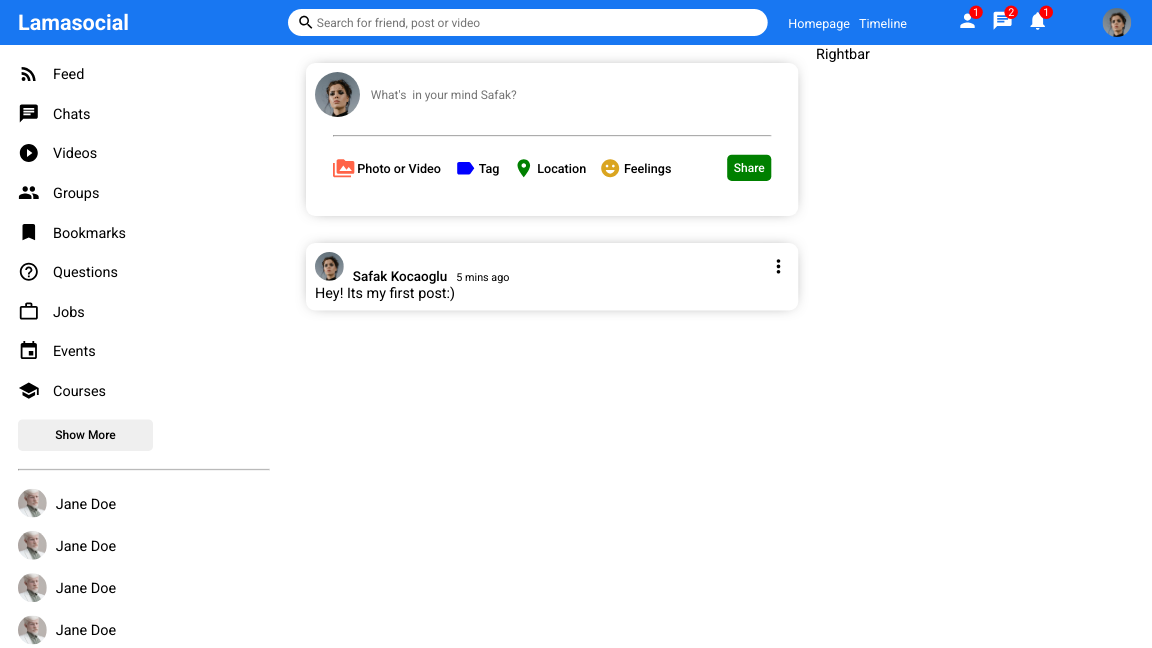
Repository: nazlinres01/react-social
Page: / (app in client/)
An editor plug-in stored every save of this project. The page is shown before and after the next save, followed by the edit.
The browser window is 1280 px wide. The pictures show the whole page, at 90% of full size.
The project was rebuilt for these pictures with package versions that can differ from the ones it lists, and the page was loaded fresh each time.

Above is the page before, as saved 2024-06-13 11:27:05.

### client/public/index.html
<!DOCTYPE html>
<html lang="en">

<head>
  <meta charset="utf-8" />
  <meta name="viewport" content="width=device-width, initial-scale=1" />
  <meta name="description" content="Web site created using create-react-app" />
  <link
    href="https://fonts.googleapis.com/css2?family=Roboto:ital,wght@0,100;0,300;0,400;0,500;0,700;0,900;1,100;1,300;1,400;1,500;1,700;1,900&display=swap"
    rel="stylesheet">
    <link rel="stylesheet" href="style.css">
  <title>Social App</title>
</head>

<body>
  <noscript>You need to enable JavaScript to run this app.</noscript>
  <div id="root"></div>
</body>

</html>

### client/src/App.js
import Home from "./pages/home/Home";

function App() {
  return <Home />
}

export default App;

### client/src/pages/home/Home.jsx
import Feed from "../../components/feed/Feed";
import Rightbar from "../../components/rightbar/Rightbar";
import Sidebar from "../../components/sidebar/Sidebar";
import Topbar from "../../components/topbar/Topbar";
import "./home.css"

export default function Home() {
    return (
        <>
            <Topbar />
            <div className="homeContainer">
                <Sidebar />
                <Feed />
                <Rightbar />

            </div>

        </>
    );
}

### client/src/components/feed/Feed.jsx
import Post from "../post/Post"
import Share from "../share/Share"
import "./feed.css"

export default function Feed() {
    return (
        <div className="feed">
            <div className="feedWrapper">
                <Share />
                <Post />

            </div>
        </div>
    )
}

### client/src/components/rightbar/Rightbar.jsx
import "./rightbar.css"

export default function Rightbar() {
    return (
        <div className="rightbar">
            Rightbar</div>
    )
}

### client/src/components/sidebar/Sidebar.jsx
import "./sidebar.css"
import { Bookmark, Chat, Event, Group, HelpOutline, PlayCircleFilledOutlined, RssFeed, School, WorkOutline } from "@material-ui/icons"

export default function Sidebar() {
    return (
        <div className="sidebar">
            <div className="sidebarWrapper">
                <ul className="sidebarList">
                    <li className="sidebarListItem">
                        <RssFeed className="sidebarIcon" />
                        <span className="sidebarListItemText">Feed</span>
                    </li>
                    <li className="sidebarListItem">
                        <Chat className="sidebarIcon" />
                        <span className="sidebarListItemText">Chats</span>
                    </li>
                    <li className="sidebarListItem">
                        <PlayCircleFilledOutlined className="sidebarIcon" />
                        <span className="sidebarListItemText">Videos</span>
                    </li>
                    <li className="sidebarListItem">
                        <Group className="sidebarIcon" />
                        <span className="sidebarListItemText">Groups</span>
                    </li>
                    <li className="sidebarListItem">
                        <Bookmark className="sidebarIcon" />
                        <span className="sidebarListItemText">Bookmarks</span>
                    </li>
                    <li className="sidebarListItem">
                        <HelpOutline className="sidebarIcon" />
                        <span className="sidebarListItemText">Questions</span>
                    </li>
                    <li className="sidebarListItem">
                        <WorkOutline className="sidebarIcon" />
                        <span className="sidebarListItemText">Jobs</span>
                    </li>
                    <li className="sidebarListItem">
                        <Event className="sidebarIcon" />
                        <span className="sidebarListItemText">Events</span>
                    </li>
                    <li className="sidebarListItem">
                        <School className="sidebarIcon" />
                        <span className="sidebarListItemText">Courses</span>
                    </li>
                </ul>
                <button className="sidebarButton">Show More</button>
                <hr className="sidebarHr" />
                <ul className="sidebarFriendList">
                    <li className="sidebarFriend">
                        <img className="sidebarFriendImg" src="/assets/person/2.jpeg" alt="" />
                        <span className="sidebarFriendName">Jane Doe</span>
                    </li>
                    <li className="sidebarFriend">
                        <img className="sidebarFriendImg" src="/assets/person/2.jpeg" alt="" />
                        <span className="sidebarFriendName">Jane Doe</span>
                    </li>
                    <li className="sidebarFriend">
                        <img className="sidebarFriendImg" src="/assets/person/2.jpeg" alt="" />
                        <span className="sidebarFriendName">Jane Doe</span>
                    </li>
                    <li className="sidebarFriend">
                        <img className="sidebarFriendImg" src="/assets/person/2.jpeg" alt="" />
                        <span className="sidebarFriendName">Jane Doe</span>
                    </li>
                    <li className="sidebarFriend">
                        <img className="sidebarFriendImg" src="/assets/person/2.jpeg" alt="" />
                        <span className="sidebarFriendName">Jane Doe</span>
                    </li>
                    <li className="sidebarFriend">
                        <img className="sidebarFriendImg" src="/assets/person/2.jpeg" alt="" />
                        <span className="sidebarFriendName">Jane Doe</span>
                    </li>
                    <li className="sidebarFriend">
                        <img className="sidebarFriendImg" src="/assets/person/2.jpeg" alt="" />
                        <span className="sidebarFriendName">Jane Doe</span>
                    </li>
                    <li className="sidebarFriend">
                        <img className="sidebarFriendImg" src="/assets/person/2.jpeg" alt="" />
                        <span className="sidebarFriendName">Jane Doe</span>
                    </li>
                    <li className="sidebarFriend">
                        <img className="sidebarFriendImg" src="/assets/person/2.jpeg" alt="" />
                        <span className="sidebarFriendName">Jane Doe</span>
                    </li>
                    <li className="sidebarFriend">
                        <img className="sidebarFriendImg" src="/assets/person/2.jpeg" alt="" />
                        <span className="sidebarFriendName">Jane Doe</span>
                    </li>
                    <li className="sidebarFriend">
                        <img className="sidebarFriendImg" src="/assets/person/2.jpeg" alt="" />
                        <span className="sidebarFriendName">Jane Doe</span>
                    </li>
                    <li className="sidebarFriend">
                        <img className="sidebarFriendImg" src="/assets/person/2.jpeg" alt="" />
                        <span className="sidebarFriendName">Jane Doe</span>
                    </li>
                    <li className="sidebarFriend">
                        <img className="sidebarFriendImg" src="/assets/person/2.jpeg" alt="" />
                        <span className="sidebarFriendName">Jane Doe</span>
                    </li>
                </ul>
            </div>
        </div>
    )
}

### client/src/components/topbar/Topbar.jsx
import "./topbar.css"
import { Search, Person, Chat, Notifications } from "@material-ui/icons"

export default function Topbar() {
  return (
    <div className="topbarContainer">
      <div className="topbarLeft">
        <span className="logo">Lamasocial</span>
      </div>
      <div className="topbarCenter">
        <div className="searchbar">
          <Search className="searchIcon" />
          <input placeholder="Search for friend, post or video" className="searchInput" />
        </div>
      </div>
      <div className="topbarRight">
        <div className="topbarLinks">
          <span className="topbarLink">Homepage</span>
          <span className="topbarLink">Timeline</span>
        </div>
        <div className="topbarIcons">
          <div className="topbarIconItem">
            <Person />
            <span className="topbarIconBadge">1</span>
          </div>
          <div className="topbarIconItem">
            <Chat />
            <span className="topbarIconBadge">2</span>
          </div>
          <div className="topbarIconItem">
            <Notifications />
            <span className="topbarIconBadge">1</span>
          </div>
        </div>
        <img src="/assets/person/1.jpeg" alt="" className="topbarImg" />
      </div>

    </div>
  )
}

### client/src/components/post/Post.jsx
import { MoreVert } from "@material-ui/icons"
import "./post.css"

export default function Post() {
    return (
        <div className="post">
            <div className="postWrapper">
                <div className="postTop">
                    <div className="postTopLeft">
                        <img src="/assets/person/1.jpeg" alt="" className="postProfileImg" />
                        <span className="postUsername">Safak Kocaoglu</span>
                        <span className="postDate">5 mins ago</span>

                    </div>
                    <div className="postTopRight">
                        <MoreVert />
                    </div>

                </div>
                <div className="postCenter">
                    <span className="postText">Hey! Its my first post:)</span>
                </div>
                <div className="postBottom"></div>

            </div>

        </div>
    )
}

### client/src/components/share/Share.jsx
import "./share.css";
import { PermMedia, Label, Room, EmojiEmotions } from "@material-ui/icons";

export default function Share() {
    return (
        <div className="share">
            <div className="shareWrapper">
                <div className="shareTop">
                    <img src="/assets/person/1.jpeg" alt="" className="shareProfileImg" />
                    <input placeholder="What's  in your mind Safak?" className="shareInput" />
                </div>
                <hr className="shareHr" />
                <div className="shareBottom">
                    <div className="shareOptions">
                        <div className="shareOption">
                            <PermMedia htmlColor="tomato" className="shareIcon" />
                            <span className="shareOptionText">Photo or Video</span>
                        </div>
                        <div className="shareOption">
                            <Label htmlColor="blue" className="shareIcon" />
                            <span className="shareOptionText">Tag</span>
                        </div>
                        <div className="shareOption">
                            <Room htmlColor="green" className="shareIcon" />
                            <span className="shareOptionText">Location</span>
                        </div>
                        <div className="shareOption">
                            <EmojiEmotions htmlColor="goldenrod" className="shareIcon" />
                            <span className="shareOptionText">Feelings</span>
                        </div>
                    </div>
                    <button className="shareButton">Share</button>
                </div>
            </div>
        </div>
    )
}

### client/src/components/rightbar/rightbar.css
.rightbar {
    flex: 3.5;
}

### client/src/components/sidebar/sidebar.css
.sidebar {
    flex: 3;
    height: calc(100vh - 50px);
    overflow-y: scroll;
}

::-webkit-scrollbar {
    width: 5px;
}

::-webkit-scrolbar-track {
    background-color: #f1f1f1;
}

::-webkit-scrollbar-thumb {
    background-color: rgb(179, 179, 179);
}

.sidebarWrapper {
    padding: 20px;
}

.sidebarList {
    padding: 0;
    margin: 0;
    list-style: none;
}

.sidebarListItem {
    display: flex;
    align-items: center;
    margin-bottom: 20px;
}

.sidebarIcon {
    margin-right: 15px;
}

.sidebarButton {
    width: 150px;
    border: none;
    padding: 10px;
    border-radius: 5px;
    font-weight: 500;
}

.sidebarHr {
    margin: 20px 0;
}

.sidebarFriendList {
    padding: 0;
    margin: 0;
    list-style: none;
}

.sidebarFriend {
    display: flex;
    align-items: center;
    margin-bottom: 15px;
}

.sidebarFriendImg {
    width: 32px;
    height: 32px;
    border-radius: 50%;
    object-fit: cover;
    margin-right: 10px;
}

### client/src/components/topbar/topbar.css
.topbarContainer {
    height: 50px;
    width: 100%;
    background-color: #1877f2;
    display: flex;
    align-items: center;
    position: sticky;
    top: 0;
}

.topbarLeft {
    flex: 3;
}

.logo {
    font-size: 24px;
    margin-left: 20px;
    font-weight: bold;
    color: white;
    cursor: pointer;
}

.topbarCenter {
    flex: 5;
}

.searchbar {
    width: 100%;
    height: 30px;
    background-color: white;
    border-radius: 30px;
    display: flex;
    align-items: center;
}

.searchIcon {
    font-size: 20px !important;
    margin-left: 10px;
}

.searchInput {
    border: none;
    width: 70%;
}

.searchInput:focus {
    outline: none;
}

.topbarRight {
    flex: 4;
    display: flex;
    align-items: center;
    justify-content: space-around;
    color: white;
}

.topbarLink {
    margin-right: 10px;
    font-size: 14px;
    cursor: pointer;
}

.topbarIcons {
    display: flex;
}

.topbarIconItem {
    margin-right: 15px;
    cursor: pointer;
    position: relative;

}

.topbarIconBadge {
    width: 15px;
    height: 15px;
    background-color: red;
    border-radius: 50%;
    color: white;
    position: absolute;
    top: -5px;
    right: -5px;
    display: flex;
    align-items: center;
    justify-content: center;
    font-size: 12px;
}

.topbarImg {
    width: 32px;
    height: 32px;
    border-radius: 50%;
    object-fit: cover;
    cursor: pointer;
}

### client/src/components/post/post.css
.post {
    width: 100%;
    border-radius: 10px;
    -webkit-box-shdow: 0px 0px 16px -8px rgba(0, 0, 0, 0.68);
    box-shadow: 0px 0px 16px -8px rgba(0, 0, 0, 0.68);
    margin: 30px 0;
}

.postWrapper {
    padding: 10px;
}

.postTop {
    display: flex;
    align-items: center;
    justify-content: space-between;
}

.portTopLeft {
    display: flex;
    align-items: center;
}

.postProfileImg {
    width: 32px;
    height: 32px;
    border-radius: 50%;
    object-fit: cover;
}

.postUsername {
    font-size: 15px;
    font-weight: 500;
    margin: 0 10px;
}

.postDate {
    font-size: 12px;
}

### client/src/components/share/share.css
.share {
    width: 100%;
    height: 170px;
    border-radius: 10px;
    -webkit-box-shdow: 0px 0px 16px -8px rgba(0, 0, 0, 0.68);
    box-shadow: 0px 0px 16px -8px rgba(0, 0, 0, 0.68);
}

.shareWrapper {
    padding: 10px;
}

.shareTop {
    display: flex;
    align-items: center;
}

.shareProfileImg {
    width: 50px;
    height: 50px;
    border-radius: 50%;
    object-fit: cover;
    margin-right: 10px;
}

.shareInput {
    border: none;
    width: 80%;
}

.shareInput:focus {
    outline: none;
}

.shareHr {
    margin: 20px;
}

.shareBottom {
    display: flex;
    align-items: center;
    justify-content: space-between;
}

.shareOptions {
    display: flex;
    margin-left: 20px;
}

.shareOption {
    display: flex;
    align-items: center;
    margin-right: 15px;
    cursor: pointer;
}

.shareIcon {
    font-size: 18px;
    margin-right: 3px
}

.shareOptionText {
    font-size: 14px;
    font-weight: 500;
}

.shareButton {
    border: none;
    padding: 7px;
    border-radius: 5px;
    background-color: green;
    font-weight: 500;
    margin-right: 20px;
    cursor: pointer;
    color: white;
}

Loaded but not shown: client/src/index.js (common file); client/src/pages/home/home.css (common file); client/src/components/feed/feed.css (common file); client/public/style.css (common file)

After the next save:
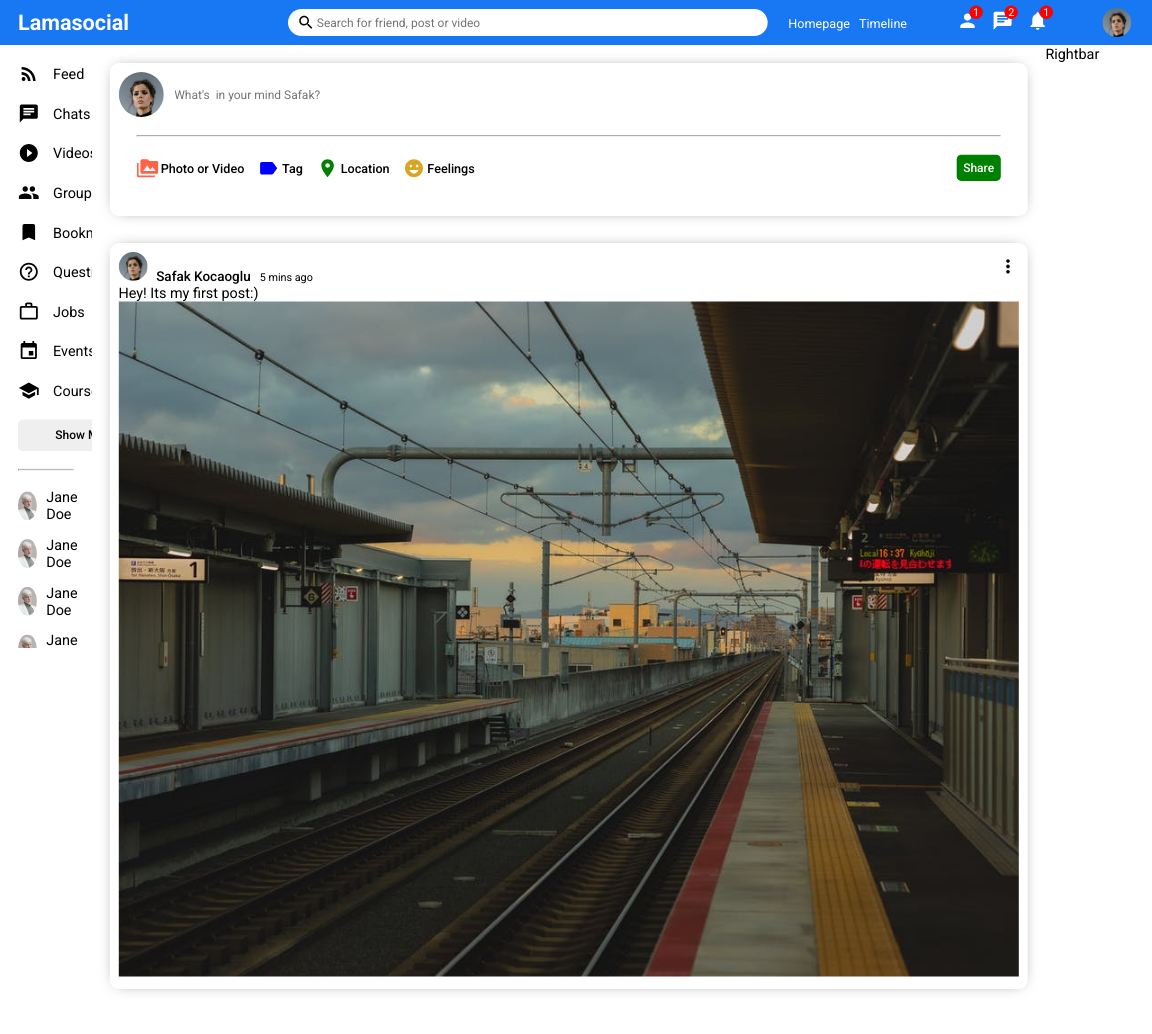
Saved 101 s later.
--- a/client/src/components/post/Post.jsx
+++ b/client/src/components/post/Post.jsx
@@ -19,6 +19,7 @@ export default function Post() {
                 </div>
                 <div className="postCenter">
                     <span className="postText">Hey! Its my first post:)</span>
+                    <img className="postImg" src="assets/post/1.jpeg" alt="" />
                 </div>
                 <div className="postBottom"></div>
 
